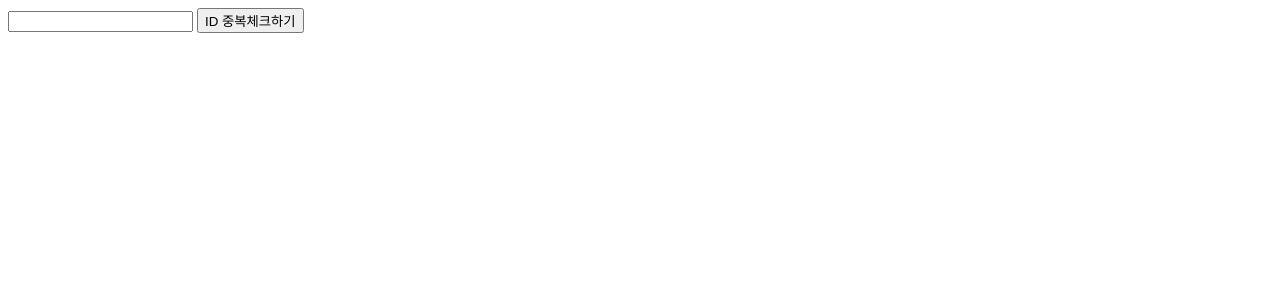
Repository: taeeun2/java_web
Page: webapp/WebContent/lecture/book/Ajax/ajax3.html
The author's editor kept a copy of each file at every save. The page is drawn from the files as they stood at one save, then again after the next save.
The browser window is 1280 px wide. The pictures show the whole page.

Above is the page before, as saved 2021-09-30 06:31:45.

### webapp/WebContent/lecture/book/Ajax/ajax3.html
<!DOCTYPE html>
<html>
<head>
<meta charset="EUC-KR">
<title>Insert title here</title>
<script src = "http://code.jquery.com/jquery-latest.min.js"></script>
<script type="text/javascript">
	function fn_process(){

		var _id = $("#t_id").val();
		if(_id==''){
			alert("ID를 입력하세요");
			return;
		}

		$.ajax({
			type:"post",
			dataType : "text",
			async : false,
			url : "http://localhost:8080/webapp/MemberServlet",
			data : {id: _id},
			success:function(data,textStatus){
				if(data == 'usable'){
					$('#message').text("사용할 수 있는 id입니다.");
					$('#btn_duplicate').prop("disabled",true);
				}else{
					$('#message').text("사용할 수 없는 id입니다.");
				}
			},
			/* error:function(data,textStatus){
				alert("에러가 발생했습니다");
			},
			complete:function(data,textStatus){
				alert("작업을 완료했습니다.");
			} */
		});
	}
</script>
</head>
<body>
<input type = "text" id = "t_id"/>
<input type = "button" id = "btn_duplicate" value = "ID 중복체크하기" onClick = "fn_process()"/><br><br>
<div id = "message"></div>
</body>
</html>

After the next save:
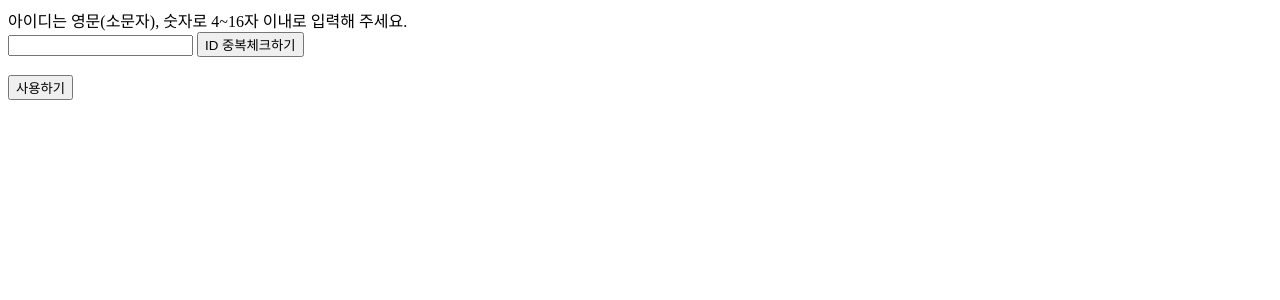
Saved 33 min 58 s later.
--- a/webapp/WebContent/lecture/book/Ajax/ajax3.html
+++ b/webapp/WebContent/lecture/book/Ajax/ajax3.html
@@ -2,7 +2,7 @@
 <html>
 <head>
 <meta charset="EUC-KR">
-<title>Insert title here</title>
+<title>아이디 중복 확인</title>
 <script src = "http://code.jquery.com/jquery-latest.min.js"></script>
 <script type="text/javascript">
 	function fn_process(){
@@ -38,8 +38,12 @@
 </script>
 </head>
 <body>
+아이디는 영문(소문자), 숫자로 4~16자 이내로 입력해 주세요.<br>
 <input type = "text" id = "t_id"/>
 <input type = "button" id = "btn_duplicate" value = "ID 중복체크하기" onClick = "fn_process()"/><br><br>
 <div id = "message"></div>
 </body>
+<footer>
+<input type = "button" id = "use" value = "사용하기"/>
+</footer>
 </html>
